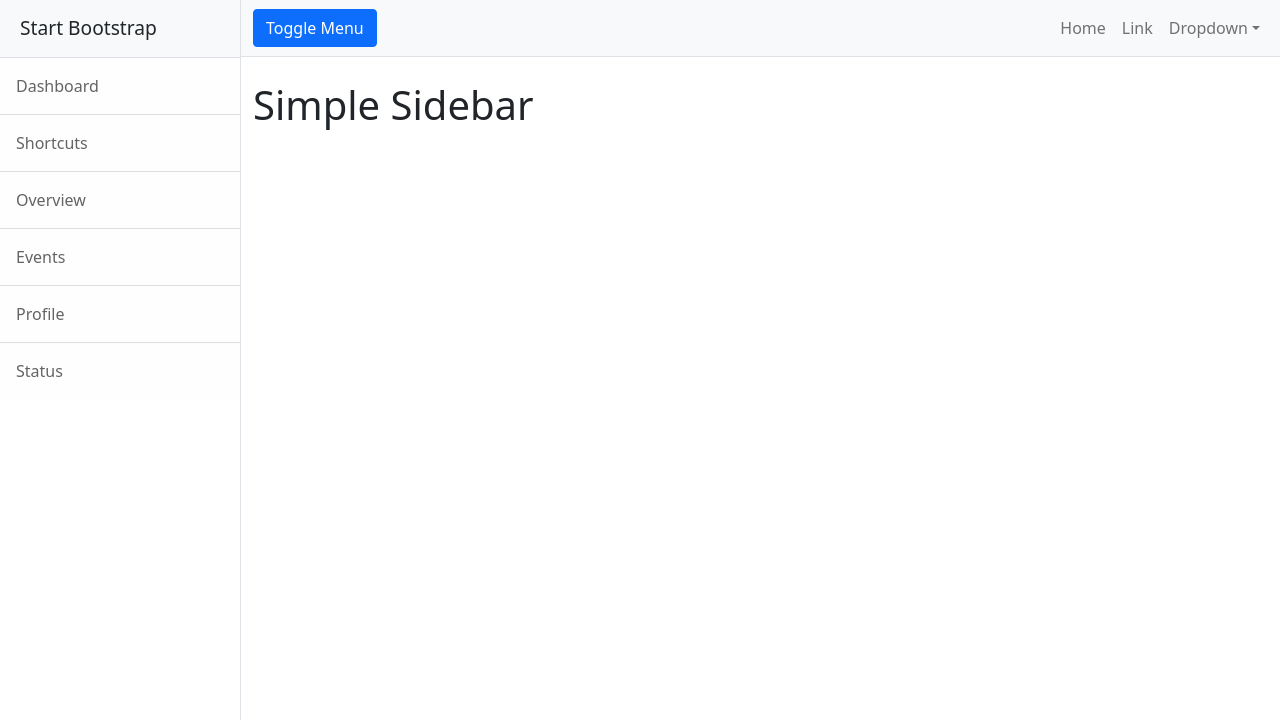
Repository: iwonhee/Study_Servlet
Page: web/src/main/webapp/index.html
These files come from the project's save history. The page is drawn as it stood at one moment and after the next save; the edit follows.
The browser window is 1280 px wide. The pictures show the whole page.

Above is the page before, as saved 2022-11-24 07:11:49.

### web/src/main/webapp/index.html
<!DOCTYPE html>
<html lang="en">
    <head>
        <meta charset="utf-8" />
        <meta name="viewport" content="width=device-width, initial-scale=1, shrink-to-fit=no" />
        <meta name="description" content="" />
        <meta name="author" content="" />
        <title>Simple Sidebar - Start Bootstrap Template</title>
        <!-- Favicon-->
        <link rel="icon" type="image/x-icon" href="assets/favicon.ico" />
        <!-- Core theme CSS (includes Bootstrap)-->
        <link href="css/styles.css" rel="stylesheet" />
    </head>
    <body>
        <div class="d-flex" id="wrapper">
            <!-- Sidebar-->
            <div class="border-end bg-white" id="sidebar-wrapper">
                <div class="sidebar-heading border-bottom bg-light">Start Bootstrap</div>
                <div class="list-group list-group-flush">
                    <a class="list-group-item list-group-item-action list-group-item-light p-3" href="#!">Dashboard</a>
                    <a class="list-group-item list-group-item-action list-group-item-light p-3" href="#!">Shortcuts</a>
                    <a class="list-group-item list-group-item-action list-group-item-light p-3" href="#!">Overview</a>
                    <a class="list-group-item list-group-item-action list-group-item-light p-3" href="#!">Events</a>
                    <a class="list-group-item list-group-item-action list-group-item-light p-3" href="#!">Profile</a>
                    <a class="list-group-item list-group-item-action list-group-item-light p-3" href="#!">Status</a>
                </div>
            </div>
            <!-- Page content wrapper-->
            <div id="page-content-wrapper">
                <!-- Top navigation-->
                <nav class="navbar navbar-expand-lg navbar-light bg-light border-bottom">
                    <div class="container-fluid">
                        <button class="btn btn-primary" id="sidebarToggle">Toggle Menu</button>
                        <button class="navbar-toggler" type="button" data-bs-toggle="collapse" data-bs-target="#navbarSupportedContent" aria-controls="navbarSupportedContent" aria-expanded="false" aria-label="Toggle navigation"><span class="navbar-toggler-icon"></span></button>
                        <div class="collapse navbar-collapse" id="navbarSupportedContent">
                            <ul class="navbar-nav ms-auto mt-2 mt-lg-0">
                                <li class="nav-item active"><a class="nav-link" href="#!">Home</a></li>
                                <li class="nav-item"><a class="nav-link" href="#!">Link</a></li>
                                <li class="nav-item dropdown">
                                    <a class="nav-link dropdown-toggle" id="navbarDropdown" href="#" role="button" data-bs-toggle="dropdown" aria-haspopup="true" aria-expanded="false">Dropdown</a>
                                    <div class="dropdown-menu dropdown-menu-end" aria-labelledby="navbarDropdown">
                                        <a class="dropdown-item" href="#!">Action</a>
                                        <a class="dropdown-item" href="#!">Another action</a>
                                        <div class="dropdown-divider"></div>
                                        <a class="dropdown-item" href="#!">Something else here</a>
                                    </div>
                                </li>
                            </ul>
                        </div>
                    </div>
                </nav>
                <!-- Page content-->
                <div class="container-fluid">
                    <h1 class="mt-4">Simple Sidebar</h1>

                </div>
            </div>
        </div>
        <!-- Bootstrap core JS-->
        <script src="https://cdn.jsdelivr.net/npm/bootstrap@5.1.3/dist/js/bootstrap.bundle.min.js"></script>
        <!-- Core theme JS-->
        <script src="js/scripts.js"></script>
    </body>
</html>

### web/src/main/webapp/js/scripts.js
/*!
* Start Bootstrap - Simple Sidebar v6.0.5 (https://startbootstrap.com/template/simple-sidebar)
* Copyright 2013-2022 Start Bootstrap
* Licensed under MIT (https://github.com/StartBootstrap/startbootstrap-simple-sidebar/blob/master/LICENSE)
*/
//
// Scripts
//

window.addEventListener('DOMContentLoaded', event => {

    // Toggle the side navigation
    const sidebarToggle = document.body.querySelector('#sidebarToggle');
    if (sidebarToggle) {
        // Uncomment Below to persist sidebar toggle between refreshes
        // if (localStorage.getItem('sb|sidebar-toggle') === 'true') {
        //     document.body.classList.toggle('sb-sidenav-toggled');
        // }
        sidebarToggle.addEventListener('click', event => {
            event.preventDefault();
            document.body.classList.toggle('sb-sidenav-toggled');
            localStorage.setItem('sb|sidebar-toggle', document.body.classList.contains('sb-sidenav-toggled'));
        });
    }

});

Loaded but not shown: web/src/main/webapp/css/styles.css (library)

After the next save:
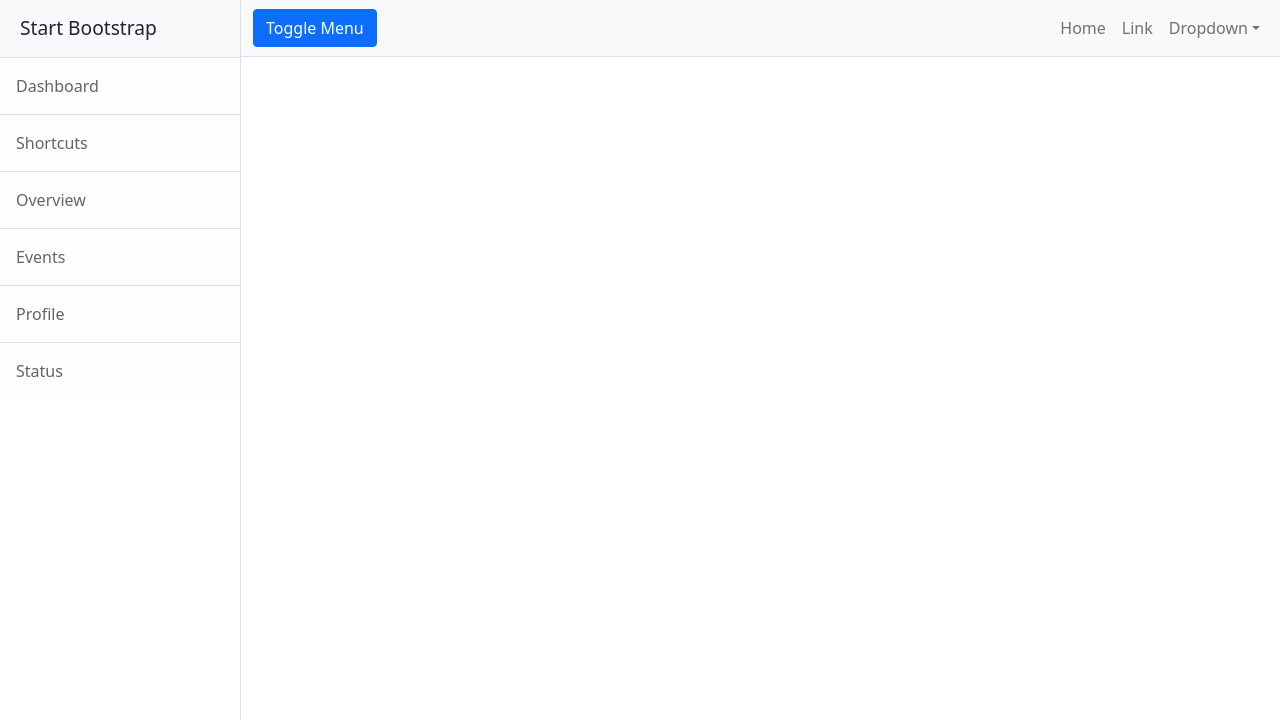
Saved 7 s later.
--- a/web/src/main/webapp/index.html
+++ b/web/src/main/webapp/index.html
@@ -51,7 +51,7 @@
                 </nav>
                 <!-- Page content-->
                 <div class="container-fluid">
-                    <h1 class="mt-4">Simple Sidebar</h1>
+                    <h1 class="mt-4"></h1>
 
                 </div>
             </div>
